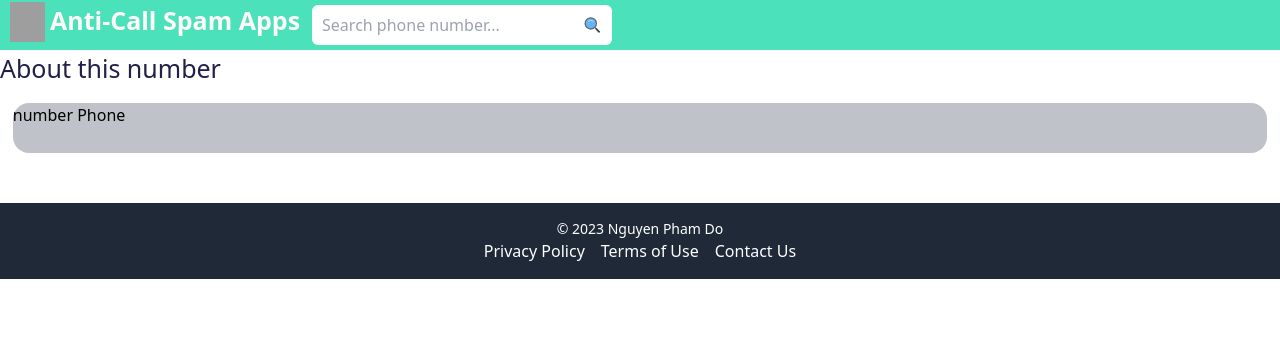
Repository: NPham1402/Web-user-callSpamBlocker
Page: /detail
The author's editor kept a copy of each file at every save. The page is drawn from the files as they stood at one save, then again after the next save.
The browser window is 1280 px wide. The pictures show the whole page.
Pictures or frames that could not be fetched are drawn as grey boxes. The project was rebuilt for these pictures with package versions that can differ from the ones it lists, and the page was loaded fresh each time. The framework's server and built-in components were replaced by stand-ins that run in the browser. Also part of the build but not shown: next.config.js.

Above is the page before, as saved 2023-02-10 00:26:11.

### pages/detail.js
import Head from "next/head";
import { useRouter } from "next/router";
import React from "react";
import { FcSearch } from "react-icons/fc";
function detail() {
  const router = useRouter();
  const {
    query: { id },
  } = router;
  return (
    <>
      {" "}
      <Head>
        <title>Check number spam</title>
        <meta name="description" content="Generated by create next app" />
        <meta name="viewport" content="width=device-width, initial-scale=1" />
        <link rel="icon" href="/favicon.ico" />
      </Head>
      <main className="relative">
        <div className="w-100 pl-[10px] pt-[2px] flex flex-row h-[50px] bg-[#4BE1BA]">
          <img
            src="https://static.callblocker.org/img/logo.png"
            className=" w-[35px] h-[40px]"
          />
          <p className="pl-[5px] pt-[6px] leading-none font-Raleway font-semibold text-[25px] text-[#FFF8F8] ">
            Anti-Call Spam Apps
          </p>
          <div className="flex flex-row p-[10px] rounded-[6px]  w-[300px] h-[40px] ml-[12px] mt-[3px] bg-white">
            <input
              className="w-full h-full outline-none"
              placeholder="Search phone number..."
            />
            <FcSearch className="text-[20px] cursor-pointer" />
          </div>
        </div>
        <p className="text-[25px] text-[#221f49] ">About this number</p>
        <div className="w-[98%] my-[15px] rounded-[16px] mx-auto h-[50px] bg-[#bfc3c9]">
          <p>number Phone</p>
        </div>
      </main>
      <footer class="bg-gray-800 mt-[50px] text-white py-4">
        <div class="container mx-auto">
          <p class="text-center text-sm">&copy; 2023 Nguyen Pham Do</p>
          <div class="flex justify-center">
            <a href="#" class="text-white mx-2">
              Privacy Policy
            </a>
            <a href="#" class="text-white mx-2">
              Terms of Use
            </a>
            <a href="#" class="text-white mx-2">
              Contact Us
            </a>
          </div>
        </div>
      </footer>
    </>
  );
}

export default detail;

### styles/globals.css
@tailwind base;
@tailwind components;
@tailwind utilities;
@import url('https://fonts.googleapis.com/css2?family=Raleway:ital&display=swap');

Loaded but not shown: pages/_app.js (common file); pages/_document.js (common file); tailwind.config.js (common file)

After the next save:
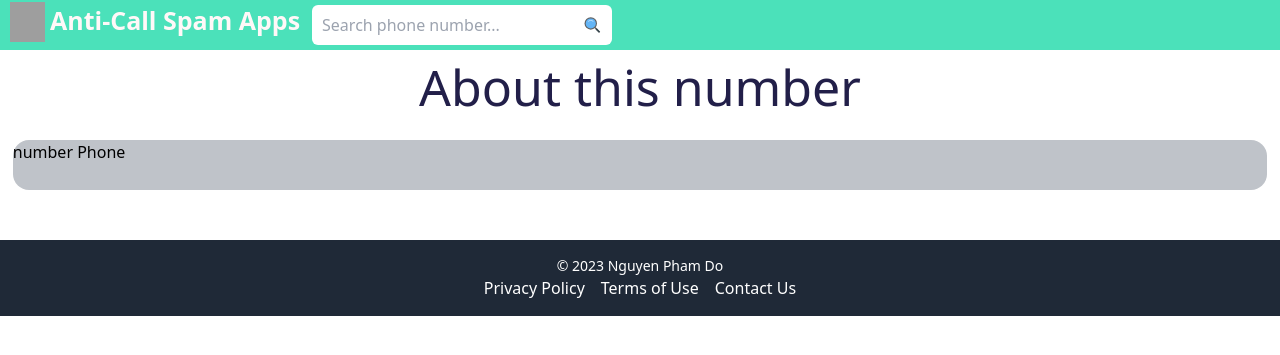
Saved 35 s later.
--- a/pages/detail.js
+++ b/pages/detail.js
@@ -33,7 +33,9 @@ function detail() {
             <FcSearch className="text-[20px] cursor-pointer" />
           </div>
         </div>
-        <p className="text-[25px] text-[#221f49] ">About this number</p>
+        <p className="text-[50px] text-center text-[#221f49] ">
+          About this number
+        </p>
         <div className="w-[98%] my-[15px] rounded-[16px] mx-auto h-[50px] bg-[#bfc3c9]">
           <p>number Phone</p>
         </div>
